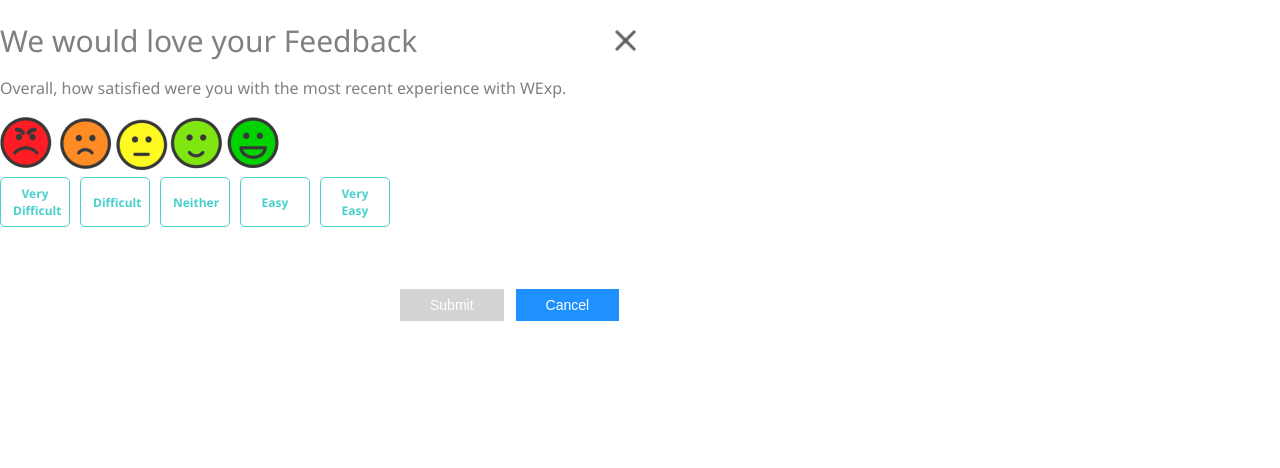
Repository: msfinnan/react-mobx-feedback-form
Page: /
These files come from the project's save history. The page is drawn as it stood at one moment and after the next save; the edit follows.
The browser window is 1280 px wide. The pictures show the whole page.
The project was rebuilt for these pictures with package versions that can differ from the ones it lists, and the page was loaded fresh each time.

Above is the page before, as saved 2019-08-28 10:12:37.

After the next save:
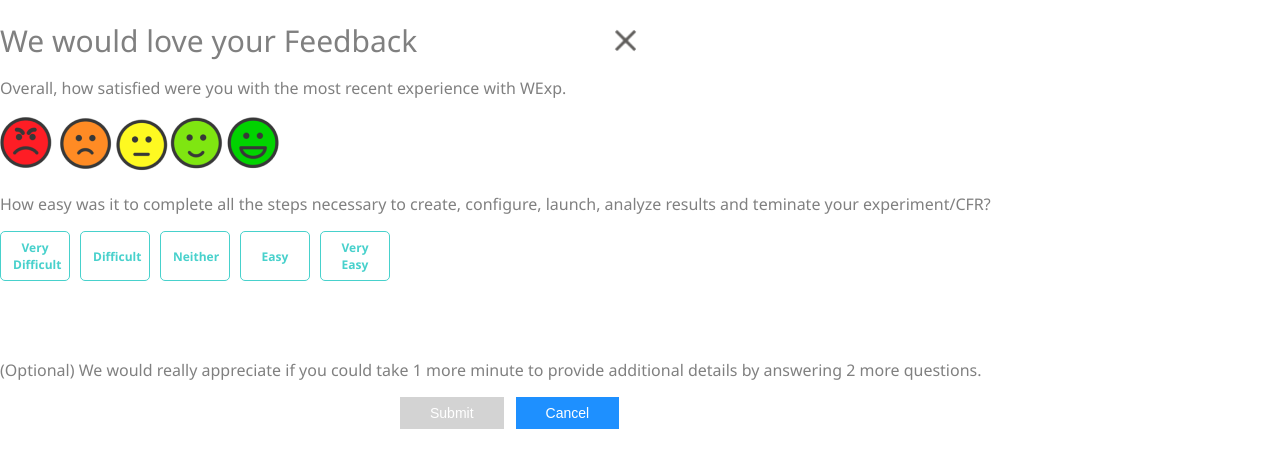
Saved 29 s later.
--- a/src/App.tsx
+++ b/src/App.tsx
@@ -30,10 +30,10 @@ class App extends React.Component<AppProps, {}> {
 
         <BodyText text={ this.props.bodyTextStore.firstText } />
         <EmojiCollection />
-        {/* <BodyText text={ this.props.bodyTextStore.secondText } /> */}
+        <BodyText text={ this.props.bodyTextStore.secondText } />
         <DifficultyButtonCollection />
         {/* <CommentBox text={ this.props.commentBoxStore.commentBoxText } commentBoxClassName={ this.props.commentBoxStore.commentBoxClassName } /> */}
-        {/* <BodyText text={ this.props.bodyTextStore.thirdText } /> */}
+        <BodyText text={ this.props.bodyTextStore.thirdText } />
         <SubmissionButtonCollection />
       </div>
 
